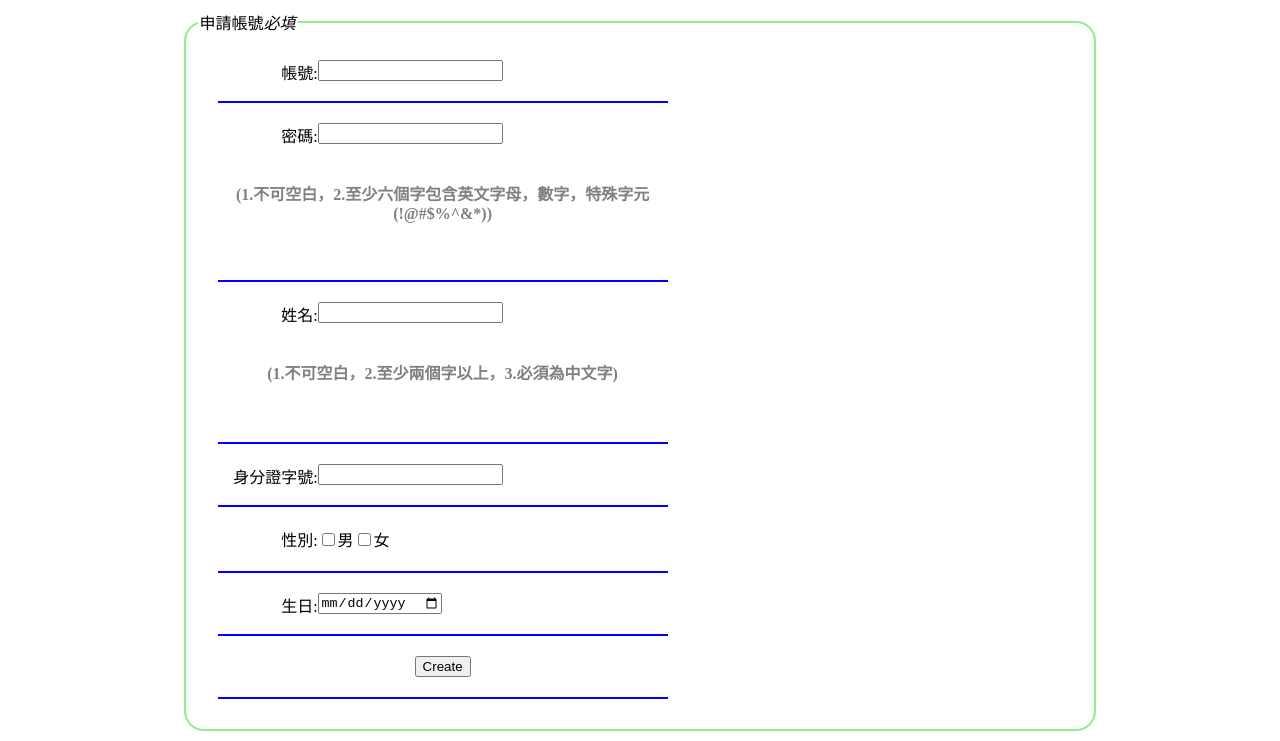
Repository: cctytw2000/Member
Page: Member/WebContent/Member/RegisteredMember.html
The author's editor kept a copy of each file at every save. The page is drawn from the files as they stood at one save, then again after the next save.
The browser window is 1280 px wide. The pictures show the whole page.

Above is the page before, as saved 2019-08-29 09:52:19.

After the next save:
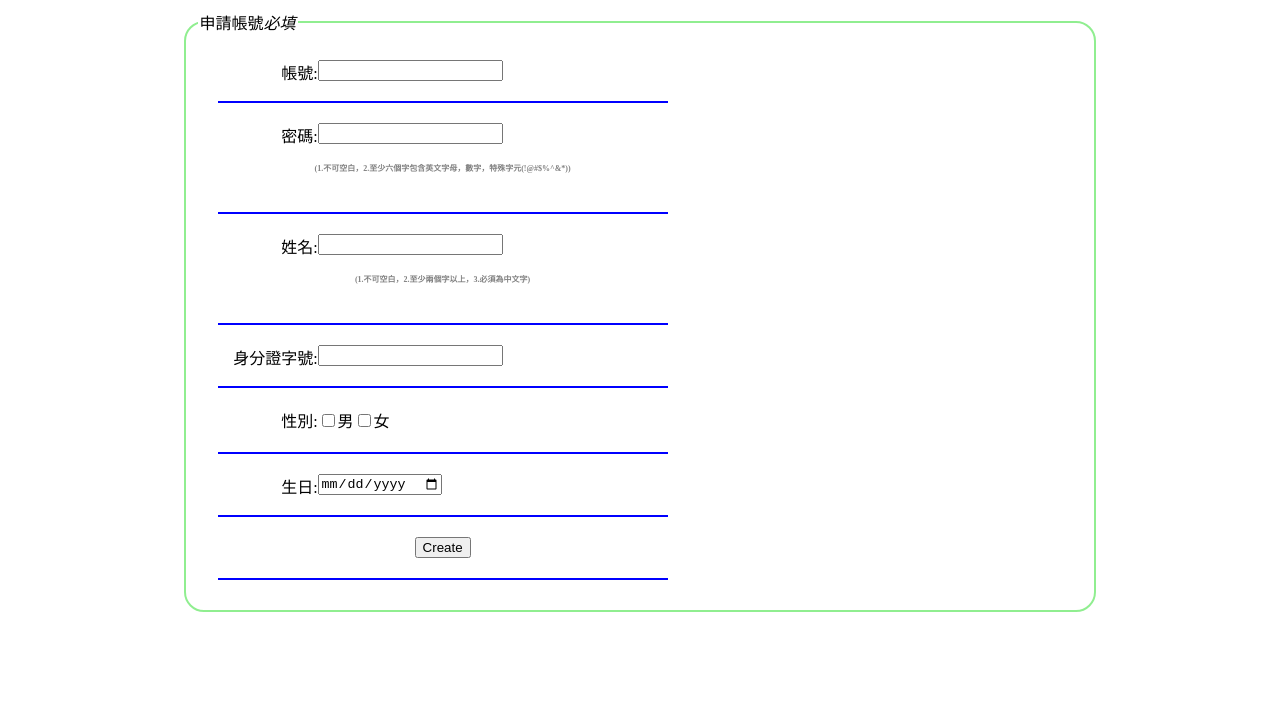
Saved 3 min 36 s later.
--- a/Member/WebContent/Member/RegisteredMember.html
+++ b/Member/WebContent/Member/RegisteredMember.html
@@ -18,11 +18,11 @@
 </div>
 <div class="div1">
 <label class='label1'>密碼:</label><input type="password" id="password" name="password"><span id="msg_password"></span>
-<h6 style="color: gray;font-size: 16px">(1.不可空白，2.至少六個字包含英文字母，數字，特殊字元(!@#$%^&*))</h6>
+<h6 style="color: gray;font-size: 8px">(1.不可空白，2.至少六個字包含英文字母，數字，特殊字元(!@#$%^&*))</h6>
 </div>
 <div class="div1">
 <label class='label1'>姓名:</label><input type="text" id="username" name="username"><span id="msg"></span>
-<h6 style="color: gray;font-size: 16px">(1.不可空白，2.至少兩個字以上，3.必須為中文字)</h6>
+<h6 style="color: gray;font-size: 8px">(1.不可空白，2.至少兩個字以上，3.必須為中文字)</h6>
 </div>
 <div class="div1">
 <label class='label1'>身分證字號:</label><input type="text" name="idnumber">
